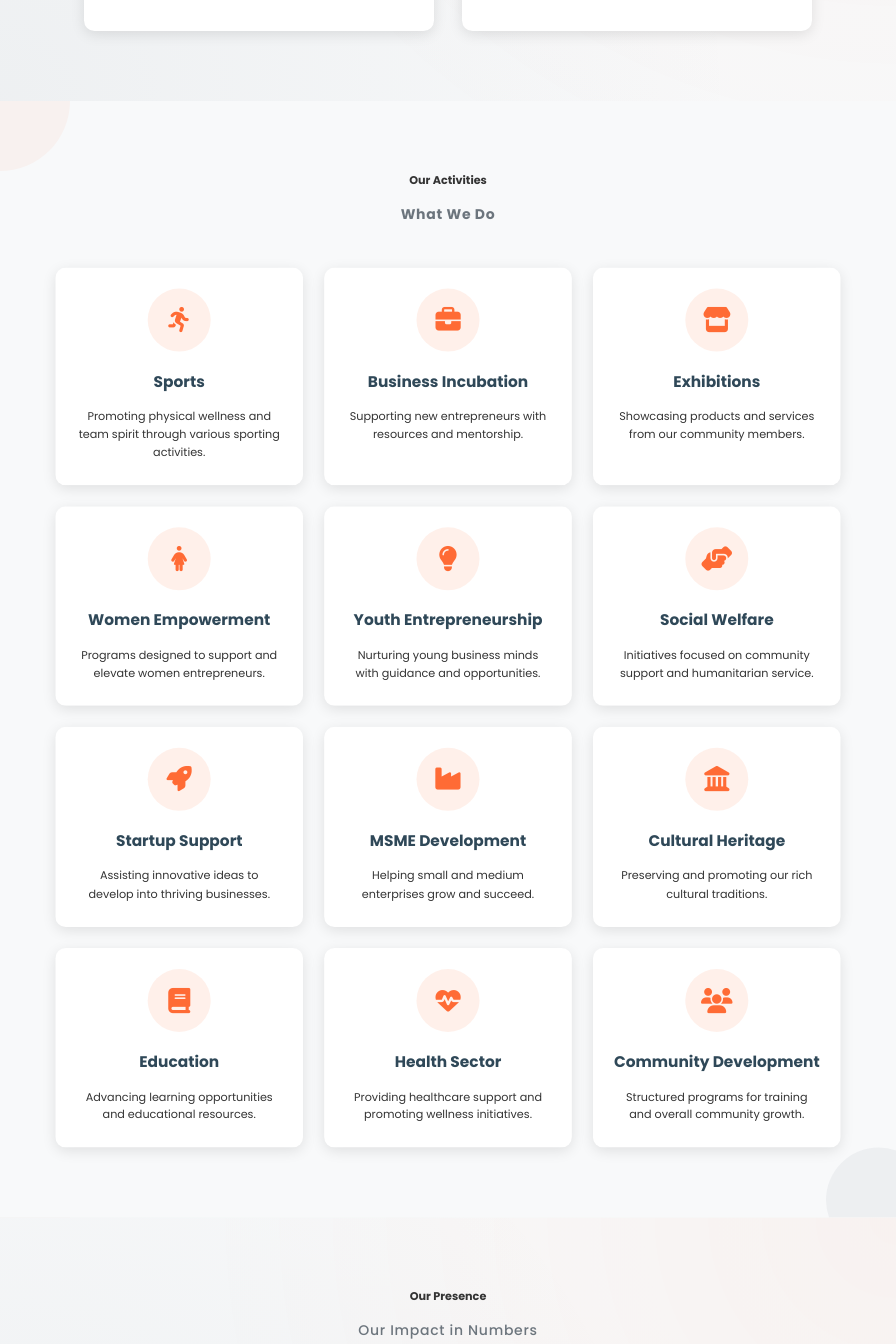
Repository: Snehaldahiphale/bbn-association
Page: index.html
These files come from the project's save history. The page is drawn as it stood at one moment and after the next save; the edit follows.
The browser window is 1280 px wide. The pictures show the part of the page from y = 3645 to 5565 px (the page is 8947 px tall before and 8981 px after), at 70% of full size.

Above is the page before, as saved 2026-03-13 11:59:00.

After the next save:
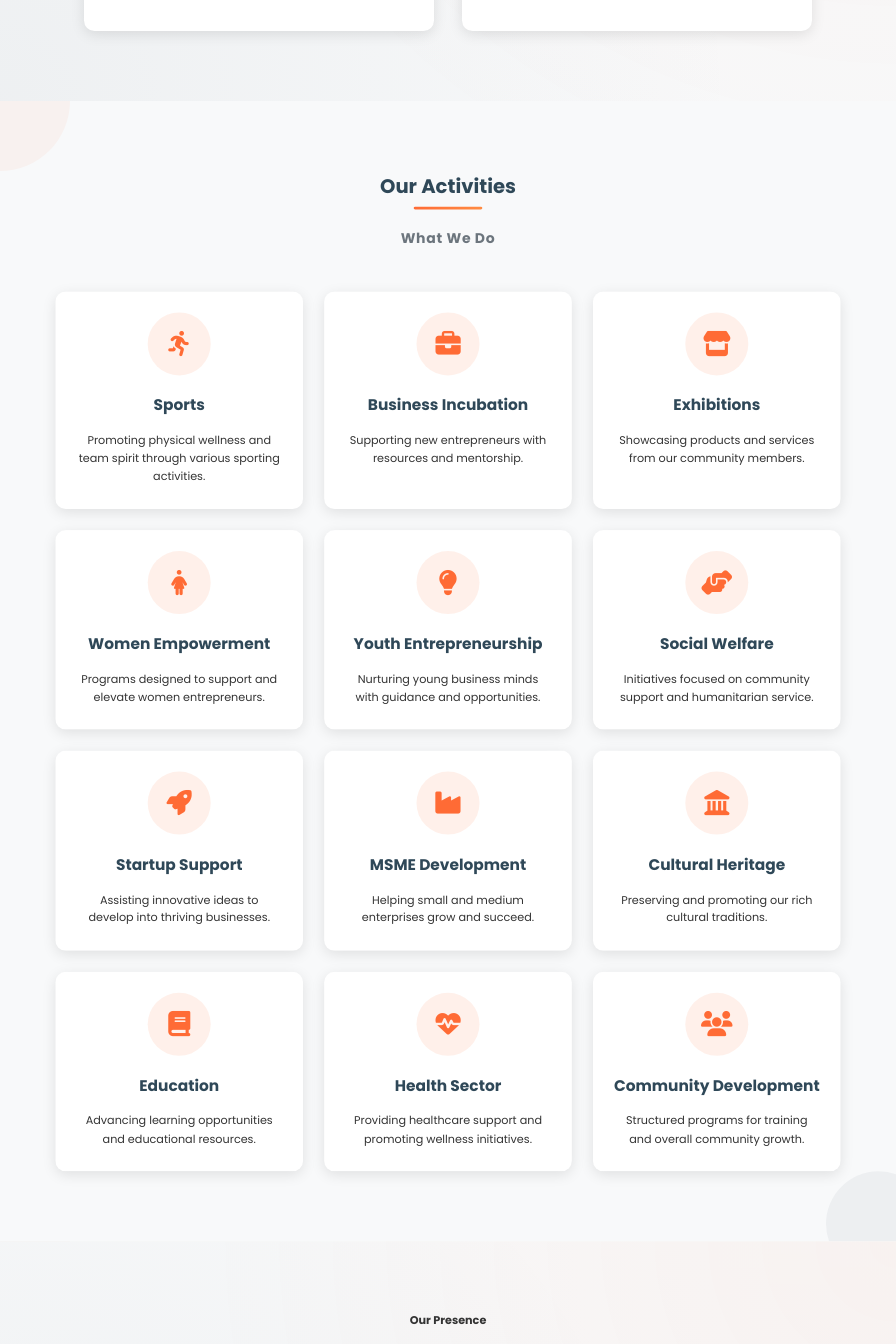
Saved 43 s later.
--- a/index.html
+++ b/index.html
@@ -238,7 +238,7 @@
     <section id="activities" class="section">
       <div class="container">
         <div class="section-header">
-          <h4>Our Activities</h4>
+          <h2>Our Activities</h2>
          <h3 style="font-weight:bold;">What We Do</h3>
         </div>
         <div class="activities-grid">
